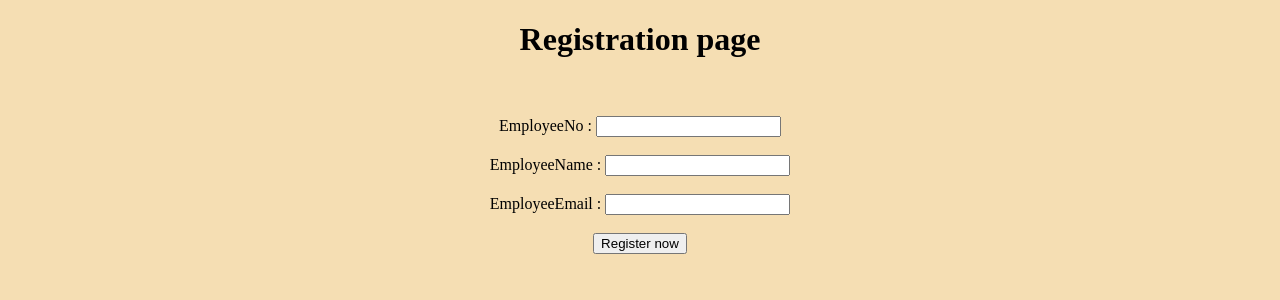
Repository: vikalp2910/VikalpRepo
Page: http://localhost/Proj01/views/registration.jsp
These files come from the project's save history. The page is drawn as it stood at one moment and after the next save; the edit follows.
The browser window is 1280 px wide. The pictures show the whole page.
The page is served by Tomcat 9. Other server files are loaded and not shown.

Above is the page before, as saved 2020-08-24 07:49:46.

### Proj01/src/main/webapp/views/registration.jsp
<%@ page language="java" contentType="text/html; charset=ISO-8859-1"
    pageEncoding="ISO-8859-1"%>
<!DOCTYPE html>
<html>
<head>
<meta charset="ISO-8859-1">
<title>Register Page</title>
</head>
<body bgcolor="wheat">
   <center>
    <h1>Registration page</h1>
            <br/>
            <br/>
         <form action="uderDetail">
             EmployeeNo : <input id="eNo" name="eNo">  <br/> <br/>
           EmployeeName : <input id="eName" name="eName"> <br/> <br/>
          EmployeeEmail : <input id="eEmail" name="eEmail"> <br/> <br/>

          <input type="submit" value="Register now">


         </form>

    </center>
</body>
</html>

After the next save:
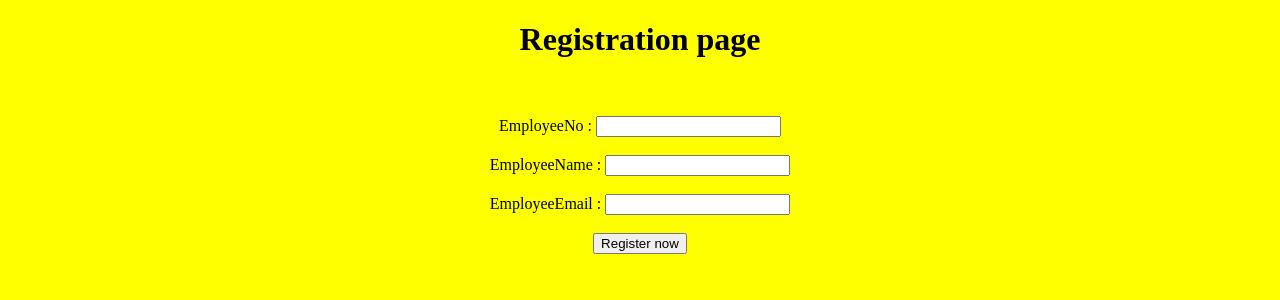
Saved 10 s later.
--- a/Proj01/src/main/webapp/views/registration.jsp
+++ b/Proj01/src/main/webapp/views/registration.jsp
@@ -6,7 +6,7 @@
 <meta charset="ISO-8859-1">
 <title>Register Page</title>
 </head>
-<body bgcolor="wheat">
+<body bgcolor="yellow">
    <center>
     <h1>Registration page</h1>
             <br/>

After the save that followed:
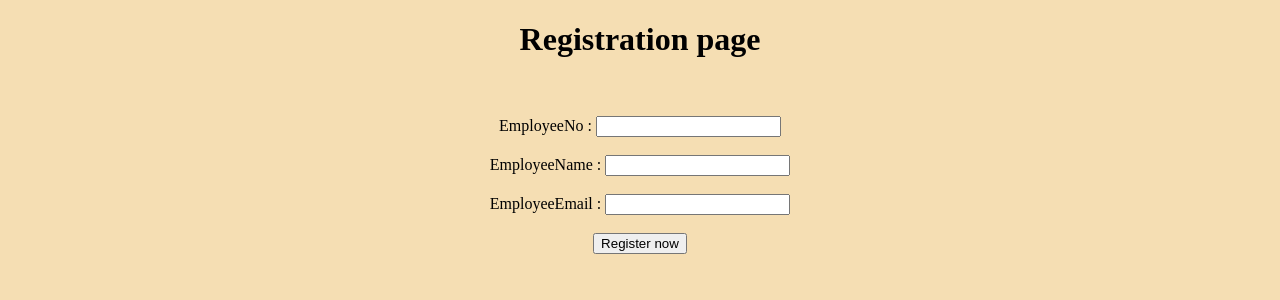
Saved 30 s later.
--- a/Proj01/src/main/webapp/views/registration.jsp
+++ b/Proj01/src/main/webapp/views/registration.jsp
@@ -6,7 +6,7 @@
 <meta charset="ISO-8859-1">
 <title>Register Page</title>
 </head>
-<body bgcolor="yellow">
+<body bgcolor="wheat">
    <center>
     <h1>Registration page</h1>
             <br/>
